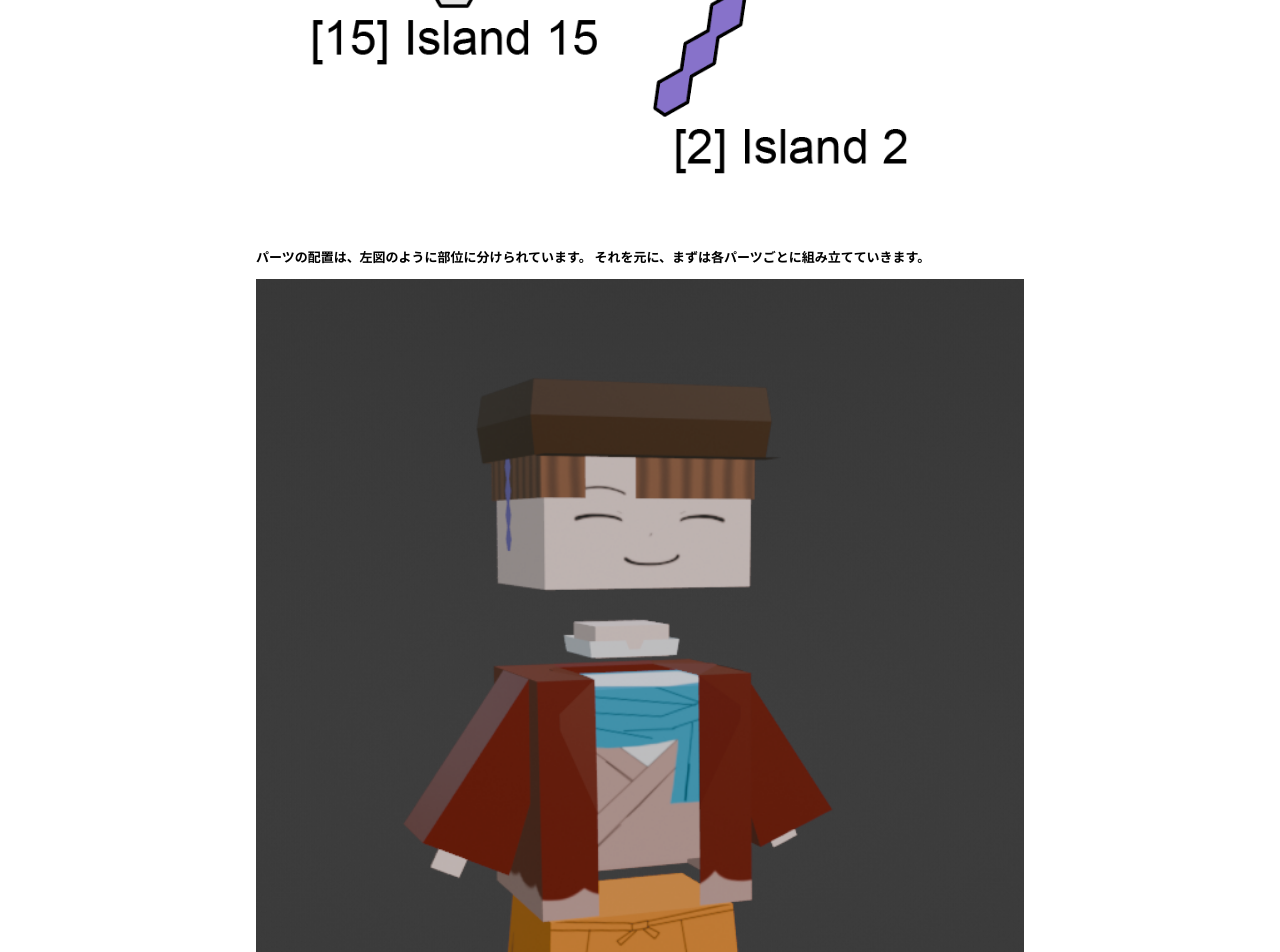
Repository: tdu-src/3D2024_asahisai
Page: html/Serif.html
These files come from the project's save history. The page is drawn as it stood at one moment and after the next save; the edit follows.
The browser window is 1280 px wide. The pictures show the part of the page from y = 3160 to 4112 px (the page is 5184 px tall before and 5203 px after).
A picture or video elsewhere on the page could not be fetched, so the positions and the page height are approximate. Some web fonts or font styles are not loaded; a fallback is used.

Above is the page before, as saved 2024-10-30 17:02:36.

After the next save:
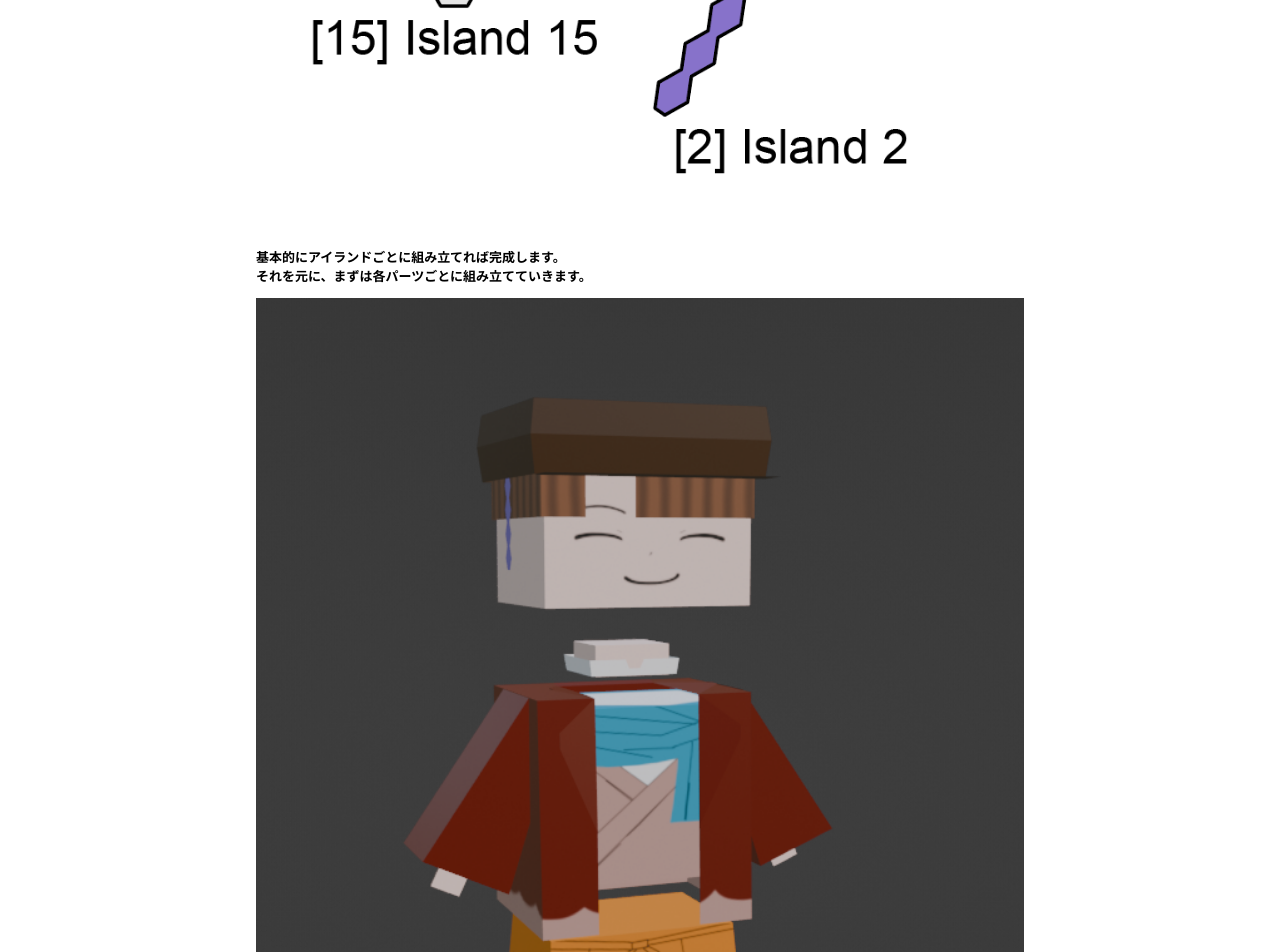
Saved 9 s later.
--- a/html/Serif.html
+++ b/html/Serif.html
@@ -162,7 +162,7 @@
                     <div>
                         <div class="explain-content-sentence">
                             <h3 class="paragraph-content">
-                                パーツの配置は、左図のように部位に分けられています。
+                                基本的にアイランドごとに組み立てれば完成します。<br>
                                 それを元に、まずは各パーツごとに組み立てていきます。
                             </h3>
                         </div>
